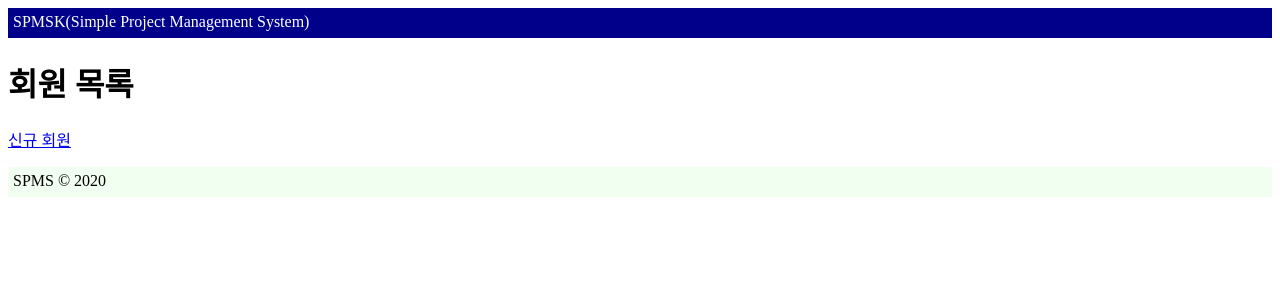
Repository: junyoung4213/JSP
Page: http://localhost/_26_MVC_forward_include/member/list
These files come from the project's save history. The page is drawn as it stood at one moment and after the next save; the edit follows.
The browser window is 1280 px wide. The pictures show the whole page.
The page is served by Tomcat 9. Queries for data that is not in the repository find no rows.

Above is the page before, as saved 2020-04-13 09:05:01.

After the next save:
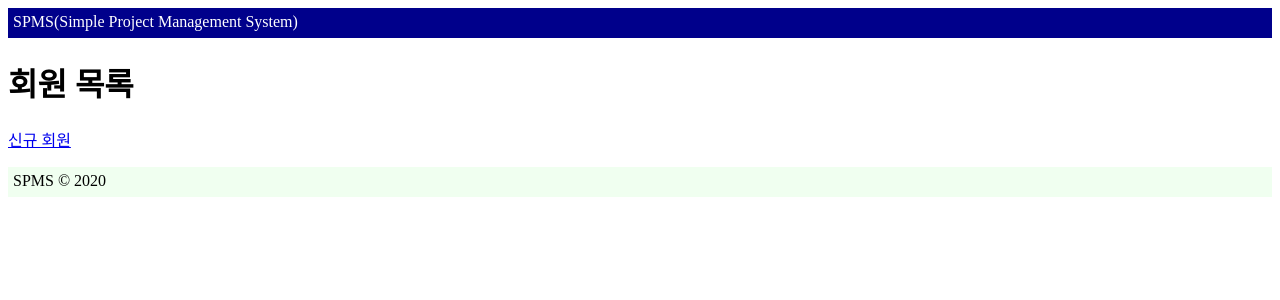
Saved 85 s later.
--- a/Servlet_JSP/lecture/_26_MVC_forward_include/WebContent/Header.jsp
+++ b/Servlet_JSP/lecture/_26_MVC_forward_include/WebContent/Header.jsp
@@ -1,5 +1,5 @@
 <%@ page language="java" contentType="text/html; charset=UTF-8"
     pageEncoding="UTF-8"%>
 <div style="background-color:#00008b; color: white; height: 20px; padding: 5px;">
-SPMSK(Simple Project Management System)
+SPMS(Simple Project Management System)
 </div>
